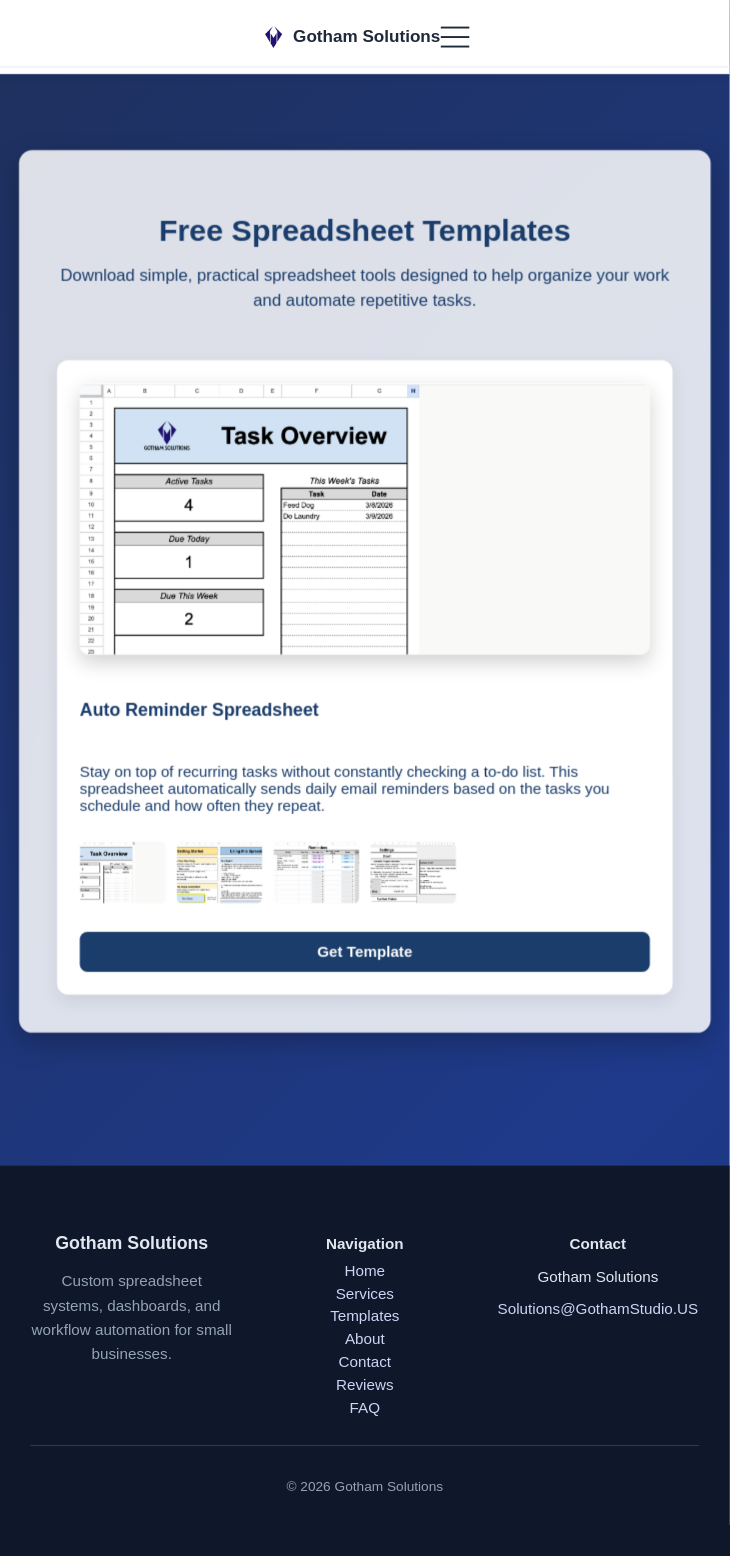
Repository: kmm569/gothamsolutions
Page: templates/index.html
The author's editor kept a copy of each file at every save. The page is drawn from the files as they stood at one save, then again after the next save.
The browser window is 768 px wide. The pictures show the whole page, at 95% of full size.

Above is the page before, as saved 2026-03-13 15:22:10.

After the next save:
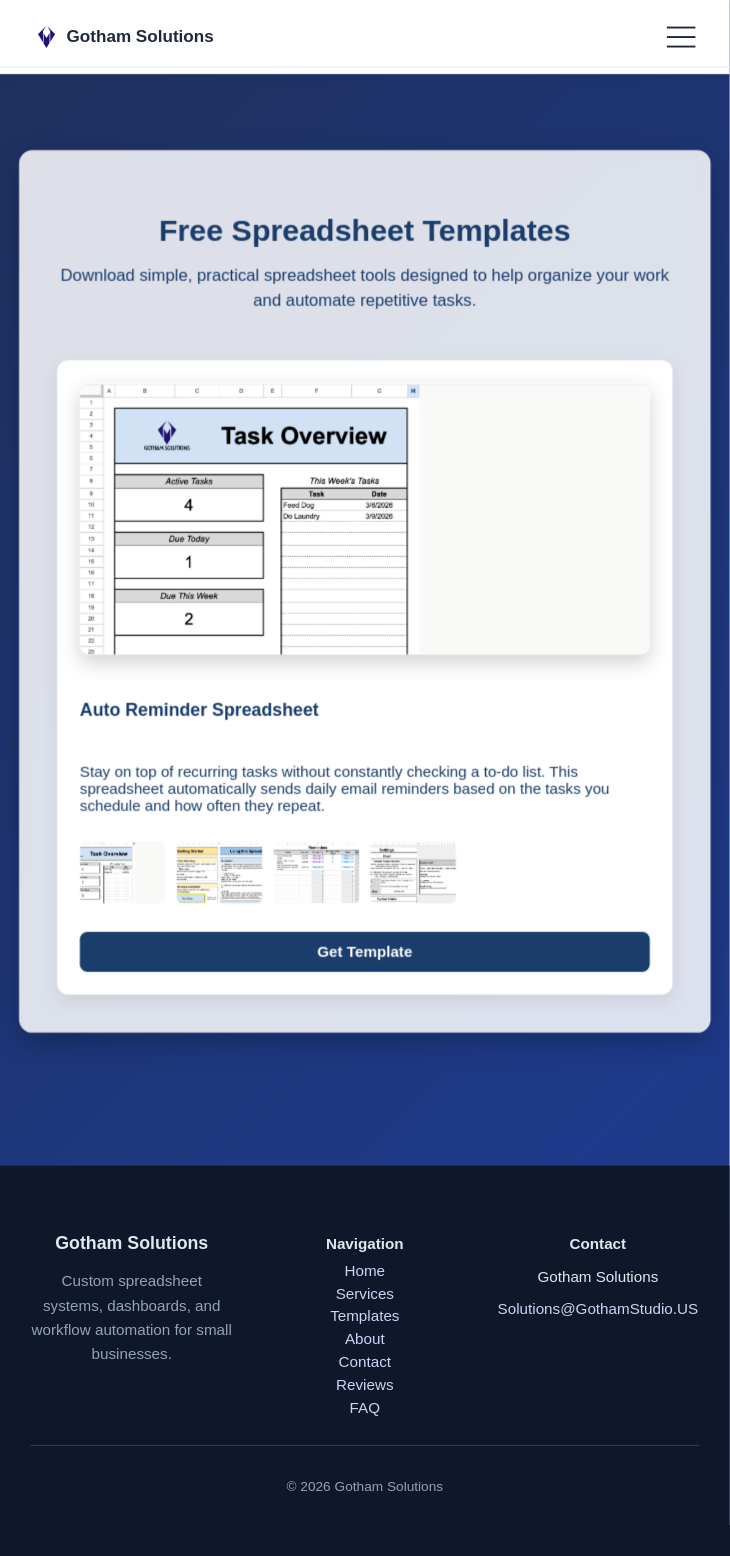
Saved 106 s later.
--- a/styles.css
+++ b/styles.css
@@ -940,6 +940,12 @@ footer {
 /* mobile nav */
 
 @media (max-width: 900px) {
+
+	.header-inner {
+	width: 100%;
+	max-width: none;
+	padding: 16px 16px;
+}
 	.nav-toggle {
 		display: block;
 	}
